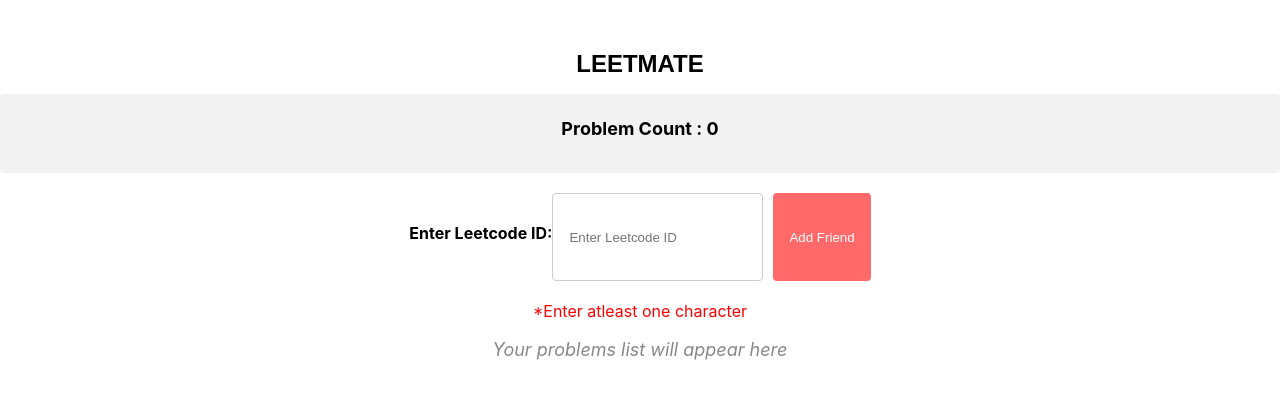
Repository: Sanketh149/leetcode-discord
Page: /
An editor plug-in stored every save of this project. The page is shown before and after the next save, followed by the edit.
The browser window is 1280 px wide. The pictures show the whole page.
The project was rebuilt for these pictures with package versions that can differ from the ones it lists, and the page was loaded fresh each time. Also part of the build but not shown: src/Modal.module.css, src/Modal.js, src/Cart.module.css, src/Cart.js.

Above is the page before, as saved 2023-06-21 18:30:00.

After the next save:
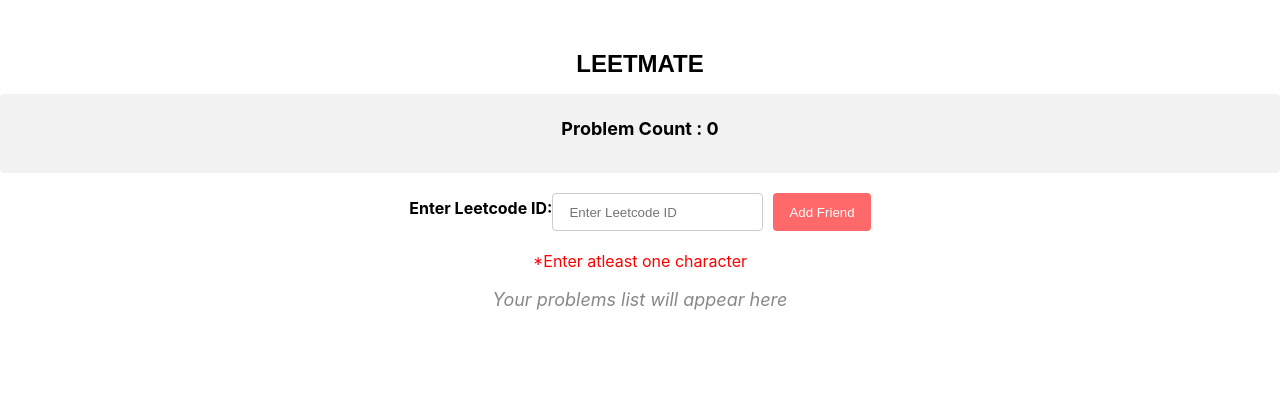
Saved 7 s later.
--- a/src/App.css
+++ b/src/App.css
@@ -97,5 +97,5 @@
   display: block;
   margin-bottom: 8px;
   font-weight: bold;
-  line-height: 5;
+  line-height: 1.9;
 }
